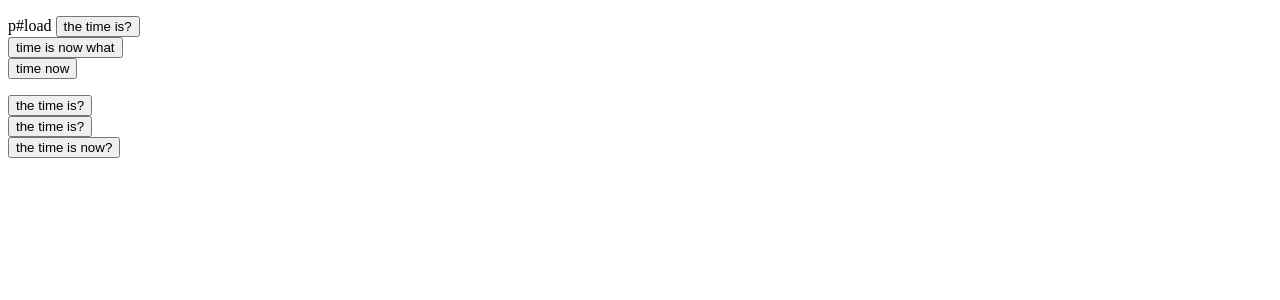
Repository: Dauddaniel/my-clock
Page: Bulb/Event.html
These files come from the project's save history. The page is drawn as it stood at one moment and after the next save; the edit follows.
The browser window is 1280 px wide. The pictures show the whole page.

Above is the page before, as saved 2023-05-18 08:51:21.

### Bulb/Event.html
<!DOCTYPE html>
<html lang="en">
<head>
    <meta charset="UTF-8">
    <meta http-equiv="X-UA-Compatible" content="IE=edge">
    <meta name="viewport" content="width=device-width, initial-scale=1.0">
    <title>Document</title>
</head>
<body>
    <p id="myTime"></p>
    <p id="onmouse"></p>
    p#load

    <button onclick="document.getElementById (demo).innerHTML=date()"> the time is?</button><br>
    <button onmouseout="document.getElementById('onmouse').innerHTML=Date()">time is now what</button> <br>
    <button onmouseover="document.getElementById('onmouse').innerHTML=Date()">time now</button> <br>

    <p id="demo"></p>
    <button onclick="this.innerHTML=Date()">the time is?</button><br>
    <button onclick="Document.getElementById(demo).innerHTML=Date()">the time is?</button><br>
    <button onclick="DisplayDate()">the time is now?</button><br>
    <audio src="audio.mp3" control muted>sorry your browser does not support embedding audio.</audio>





</body>
</html>

After the next save:
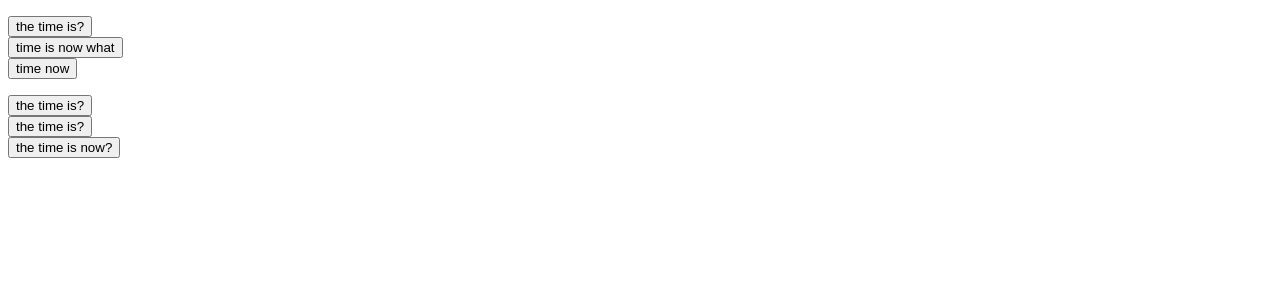
Saved 4 s later.
--- a/Bulb/Event.html
+++ b/Bulb/Event.html
@@ -9,7 +9,7 @@
 <body>
     <p id="myTime"></p>
     <p id="onmouse"></p>
-    p#load
+    <p id="load"></p>
 
     <button onclick="document.getElementById (demo).innerHTML=date()"> the time is?</button><br>
     <button onmouseout="document.getElementById('onmouse').innerHTML=Date()">time is now what</button> <br>
